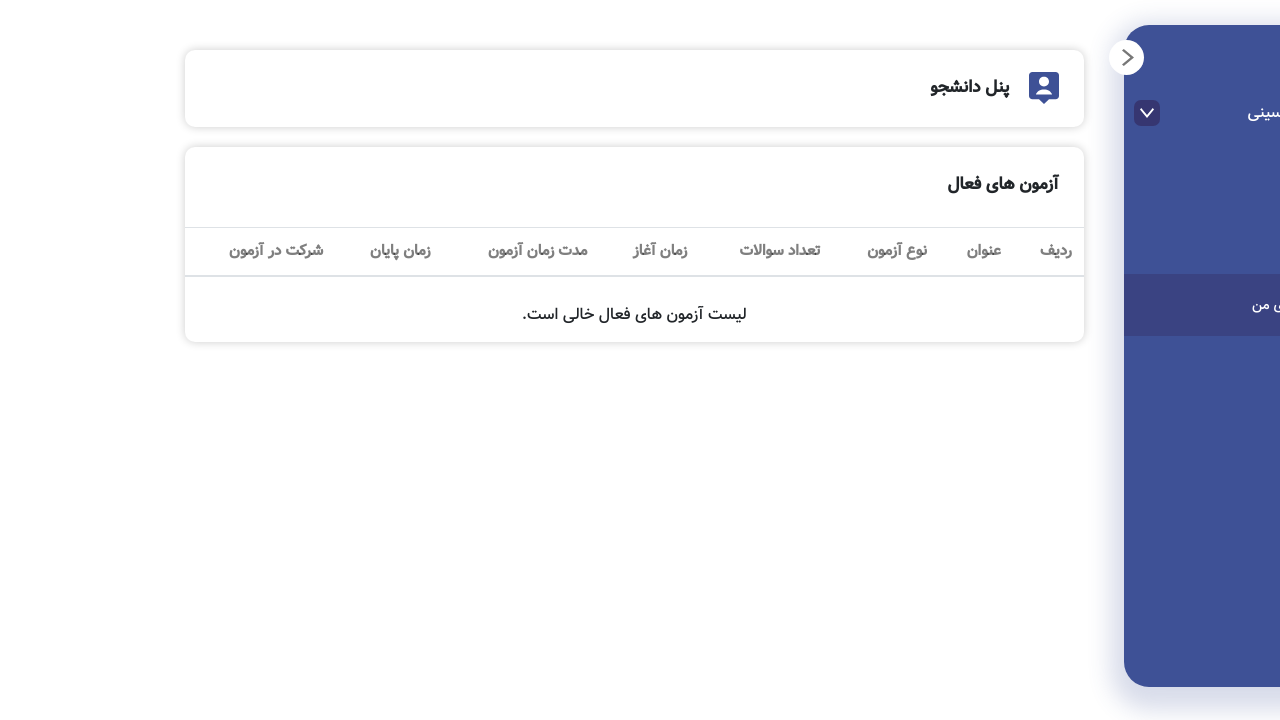
Repository: kosar78/quiz-online
Page: student-panel-myquiz.html
An editor plug-in stored every save of this project. The page is shown before and after the next save, followed by the edit.
The browser window is 1280 px wide. The pictures show the whole page.
The page's requests for data from a server got no answer.

Above is the page before, as saved 2022-01-09 13:32:10.

After the next save:
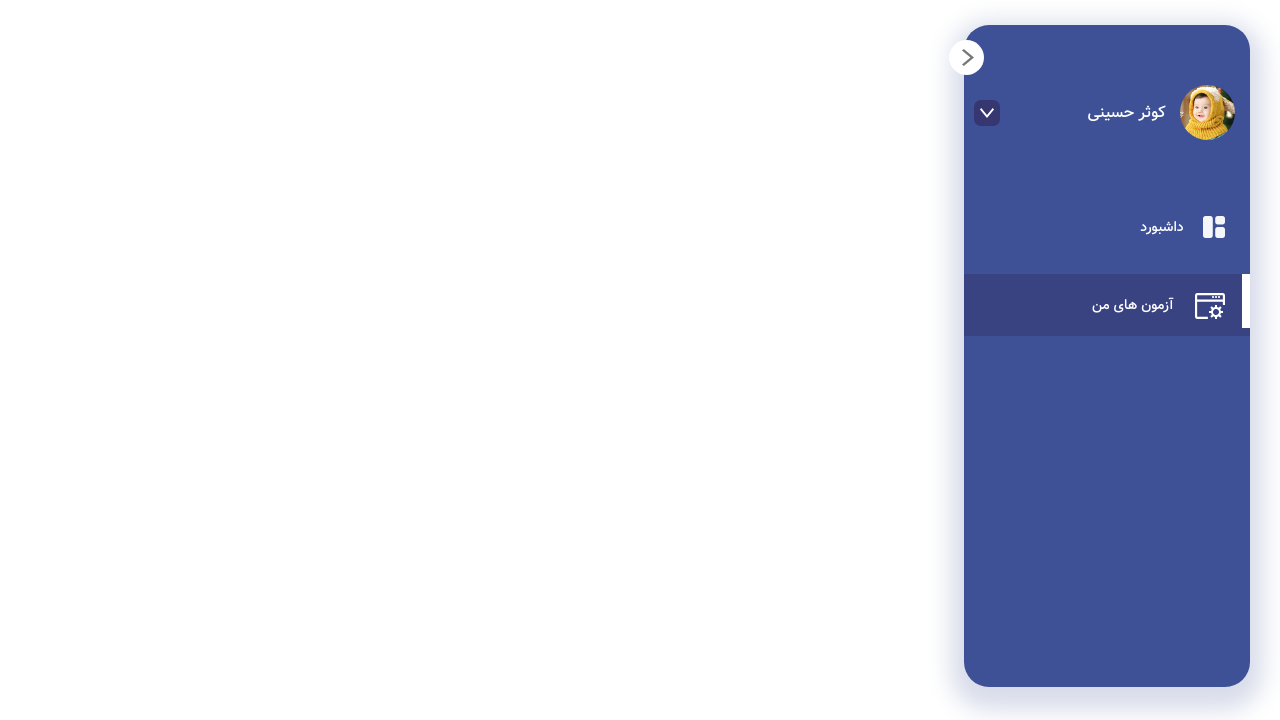
Saved 43 s later.
--- a/student-panel-myquiz.html
+++ b/student-panel-myquiz.html
@@ -94,54 +94,6 @@
                 </div>
             </div>
             <div class="col-xl-9 col-md-9 left-side">
-                <img src="images/menubar.svg" alt="" class="menubar hide">
-                <div class="row main-row-left">
-                    <div class="col-xl-12 teacher-dashbord-title">
-                        <ul>
-                            <li>
-                                <img src="images/user-in-dashbord.svg" alt="">
-                            </li>
-                            <li class="title-tx">
-                                پنل دانشجو
-                            </li>
-                        </ul>
-
-                    </div>
-                    <div class="col-xl-12 tests-list-box">
-                        <p class="title-tx">
-                            آزمون های فعال
-                        </p>
-                        <!-- <a href="#">
-                            <input class="add-new-test" type="button" value="افزودن آزمون جدید">
-                        </a> -->
-                        <!-- <div class="line"></div> -->
-
-                        <div class="table-responsive">
-                            <table class="table">
-                                <thead>
-                                    <tr>
-                                      <th>ردیف</th>
-
-                                      <th>عنوان</th>
-                                      <th>نوع آزمون</th>
-                                      <th>تعداد سوالات</th>
-
-                                      <th>زمان آغاز</th>
-                                      <th>مدت زمان آزمون</th>
-                                      <th>زمان پایان</th>
-                                      <th>شرکت در آزمون</th>
-                                    </tr>
-                                  </thead>
-                                  <tbody id="list">
-
-                                  </tbody>
-                            </table>
-                        </div>
-                        <p class="empty-list" id="empty-list">
-                            لیست آزمون های فعال خالی است.
-                        </p>
-                    </div>
-                </div>
 
             </div>
         </div>
